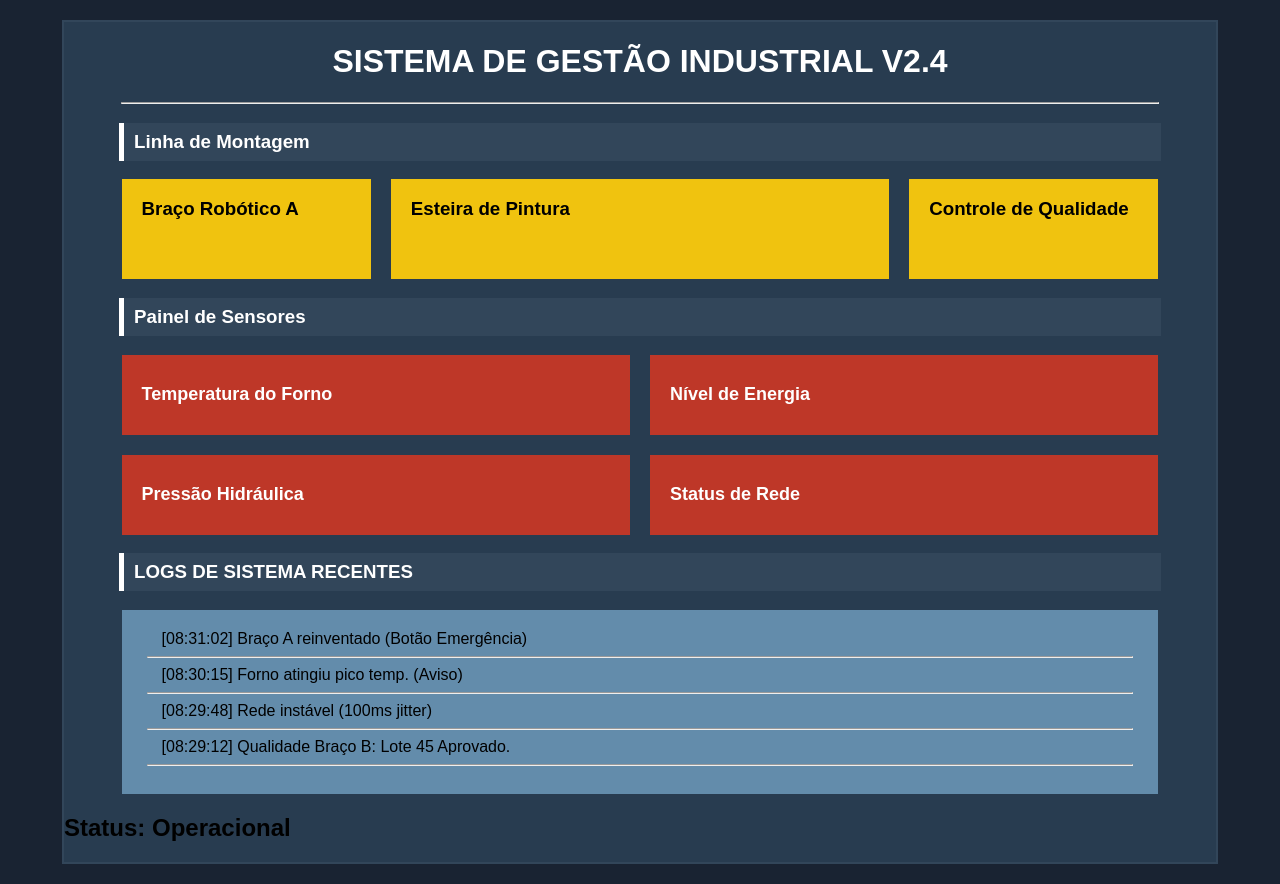
Repository: DanielEDapper/Front-WEG
Page: ProfeIgor/Aula5 - Dashboard Industrial/index.html
An editor plug-in stored every save of this project. The page is shown before and after the next save, followed by the edit.
The browser window is 1280 px wide. The pictures show the whole page.
Some icons come from a web library that is not loaded, so they are not drawn.

Above is the page before, as saved 2026-05-29 20:06:44.

After the next save:
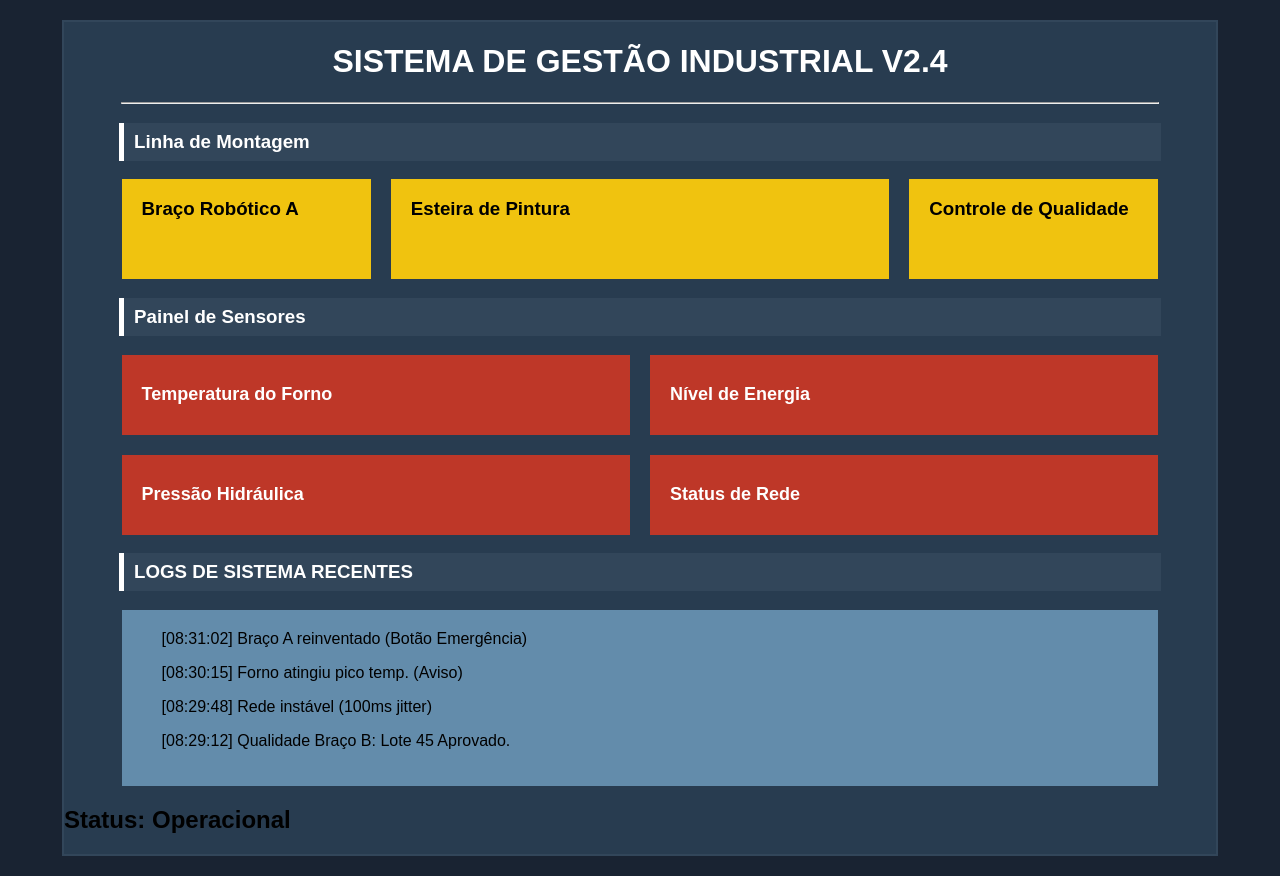
Saved 40 s later.
--- a/ProfeIgor/Aula5 - Dashboard Industrial/style.css
+++ b/ProfeIgor/Aula5 - Dashboard Industrial/style.css
@@ -134,5 +134,6 @@ hr{
 
 .container-logs hr{
     width: 95%;
+    border: none;
     color: var(--log-bg);
 }
